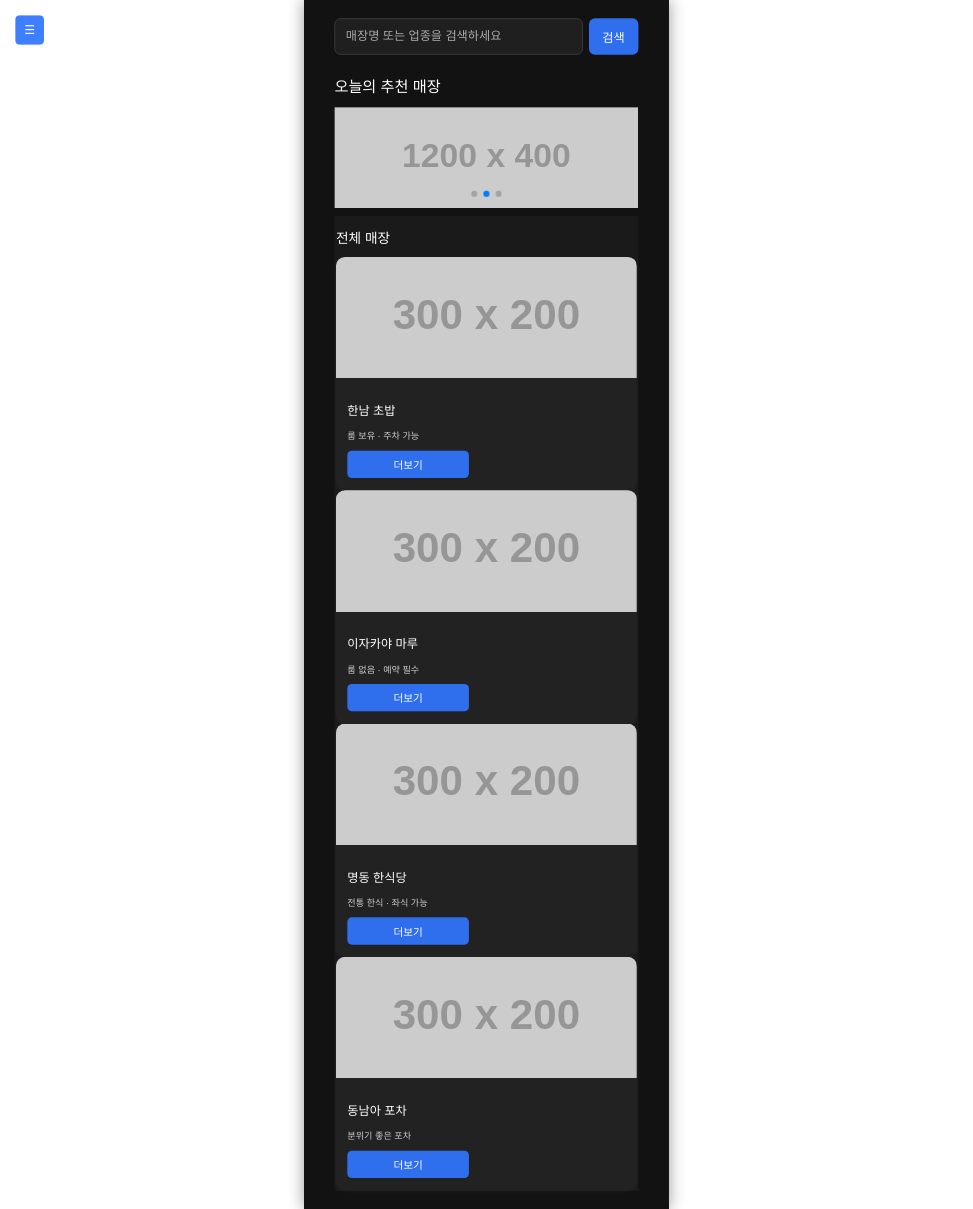
Repository: noiredex/Choplan-API
Page: / (app in choplan/frontend_main/)
An editor plug-in stored every save of this project. The page is shown before and after a run of saves, followed by the edit.
The browser window is 1280 px wide. The pictures show the whole page, at 76% of full size.
The project was rebuilt for these pictures with package versions that can differ from the ones it lists, and the page was loaded fresh each time. Also part of the build but not shown: choplan/frontend_main/vite.config.js, choplan/frontend_main/vite.config.ts, choplan/frontend_main/src/styles/StoreDetailPage.css, choplan/frontend_main/src/pages/StoreDetailPage.jsx.

Above is the page before, as saved 2025-10-29 10:33:13.

### choplan/frontend_main/index.html
<!doctype html>
<html lang="en">
  <head>
    <meta charset="UTF-8" />
    <link rel="icon" type="image/svg+xml" href="/vite.svg" />
    <meta name="viewport" content="width=device-width, initial-scale=1.0" />
    <title>frontend_main</title>
  </head>
  <body>
    <div id="root"></div>
    <script type="module" src="/src/main.jsx"></script>
  </body>
</html>

### choplan/frontend_main/src/App.jsx
import { Routes, Route } from "react-router-dom";
import HomePage from "./pages/HomePage";
import StoreDetailPage from "./pages/StoreDetailPage";
import "./App.css";

export default function App() {
  return (
    <Routes>
      <Route path="/" element={<HomePage />} />
      <Route path="/store/:id" element={<StoreDetailPage />} />
    </Routes>
  );
}

### choplan/frontend_main/src/pages/Homepage.jsx
import React, { useState } from "react";
import Sidebar from "../components/common/Sidebar";
import SearchBar from "../components/home/SearchBar";
import BannerSlider from "../components/home/BannerSlider";
import RecommendedStores from "../components/home/RecommendedStores";
import "../styles/HomePage.css";

export default function HomePage() {
  const [selectedCategory, setSelectedCategory] = useState("전체");
  const [searchQuery, setSearchQuery] = useState("");

  return (
    <div className="home-container">
      {/* 사이드바 */}
      <Sidebar
        selectedCategory={selectedCategory}
        onSelectCategory={setSelectedCategory}
        searchQuery={searchQuery}
      />

      {/* 메인 콘텐츠 */}
      <div className="main-content">
        <SearchBar onSearch={setSearchQuery} />

        {/* 추천 배너 */}
        <section className="banner-section">
          <h2>오늘의 추천 매장</h2>
          <BannerSlider />
        </section>

        {/* 매장 목록 */}
        <section className="store-section">
          <RecommendedStores
            category={selectedCategory}
            searchQuery={searchQuery}
          />
        </section>
      </div>
    </div>
  );
}

### choplan/frontend_main/src/App.css
/* ==============================
   App.css — 전역 스타일
   ============================== */

/* 기본 페이지 레이아웃 */
html, body {
  margin: 0;
  padding: 0;
  background-color: #181818; /* Soft Charcoal */
  color: #E0E0E0;
  font-family: 'Noto Sans KR', sans-serif;
  display: flex;
  justify-content: center;
}

/* 전체 앱을 중앙에 고정 (모바일 480px 기준) */
#root {
  width: 100%;
  max-width: 480px;
  min-height: 100vh;
  background-color: #1E1E1E;
  box-shadow: 0 0 20px rgba(0, 0, 0, 0.4);
  overflow-x: hidden;
  position: relative;
}

/* 스크롤바 다크모드 스타일 */
::-webkit-scrollbar {
  width: 6px;
}
::-webkit-scrollbar-track {
  background: #1a1a1a;
}
::-webkit-scrollbar-thumb {
  background: #444;
  border-radius: 4px;
}
::-webkit-scrollbar-thumb:hover {
  background: #555;
}

/* 공통 버튼 스타일 */
button {
  background-color: #3D7FFF;
  color: white;
  border: none;
  border-radius: 8px;
  padding: 10px 16px;
  cursor: pointer;
  transition: background-color 0.2s ease;
}
button:hover {
  background-color: #5596FF;
}

/* 링크 */
a {
  text-decoration: none;
  color: inherit;
}

### choplan/frontend_main/src/components/common/Sidebar.jsx
import React, { useState, useEffect } from "react";
import "../../styles/Sidebar.css";

export default function Sidebar({ selectedCategory, onSelectCategory, searchQuery }) {
  const [isOpen, setIsOpen] = useState(false);

  const categories = [
    "전체",
    "이자카야",
    "초밥",
    "한식",
    "양식",
    "중식",
    "동남아",
    "인도",
    "기타",
  ];

  // 검색어에 따라 자동 카테고리 선택
  useEffect(() => {
    if (searchQuery && searchQuery.trim() !== "") {
      const matched = categories.find((cat) => searchQuery.includes(cat));
      if (matched) onSelectCategory(matched);
    }
  }, [searchQuery]);

  return (
    <>
      {/* 햄버거 버튼 (항상 노출) */}
      <button
        className="sidebar-toggle"
        onClick={() => setIsOpen(!isOpen)}
        aria-label="메뉴 열기"
      >
        ☰
      </button>

      {/* 오버레이 (열릴 때만) */}
      {isOpen && <div className="overlay" onClick={() => setIsOpen(false)}></div>}

      {/* 세로형 사이드바 */}
      <aside className={`sidebar ${isOpen ? "open" : ""}`}>
        <ul className="sidebar-list">
          {categories.map((category, index) => (
            <li
              key={index}
              className={selectedCategory === category ? "active" : ""}
              onClick={() => {
                onSelectCategory(category);
                setIsOpen(false);
              }}
            >
              {category}
            </li>
          ))}
        </ul>
      </aside>
    </>
  );
}

### choplan/frontend_main/src/components/home/SearchBar.jsx
import React, { useState } from "react";
import "../../styles/SearchBar.css";

export default function SearchBar({ onSearch }) {
  const [query, setQuery] = useState("");

  const handleInputChange = (e) => {
    setQuery(e.target.value);
  };

  const handleSearch = (e) => {
    e.preventDefault();
    onSearch(query);
  };

  return (
    <form className="search-bar" onSubmit={handleSearch}>
      <input
        type="text"
        placeholder="매장명 또는 업종을 검색하세요"
        value={query}
        onChange={handleInputChange}
      />
      <button type="submit">검색</button>
    </form>
  );
}

### choplan/frontend_main/src/components/home/BannerSlider.jsx
import React from "react";
import { Swiper, SwiperSlide } from "swiper/react";
import { Autoplay, Pagination } from "swiper/modules";
import "swiper/css";
import "swiper/css/pagination";
import "../../styles/BannerSlider.css";

export default function BannerSlider() {
  const banners = [
    {
      id: 1,
      img: "https://placehold.co/1200x400/007bff/ffffff?text=오늘의+추천매장+1",
      alt: "추천 매장 1",
    },
    {
      id: 2,
      img: "https://placehold.co/1200x400/f07b00/ffffff?text=오늘의+추천매장+2",
      alt: "추천 매장 2",
    },
    {
      id: 3,
      img: "https://placehold.co/1200x400/008c4a/ffffff?text=오늘의+추천매장+3",
      alt: "추천 매장 3",
    },
  ];

  return (
    <div className="banner-slider-container">
      <Swiper
        modules={[Autoplay, Pagination]}
        pagination={{ clickable: true }}
        autoplay={{ delay: 4000, disableOnInteraction: false }}
        loop={true}
        spaceBetween={0}
        slidesPerView={1}
        className="banner-swiper"
      >
        {banners.map((banner) => (
          <SwiperSlide key={banner.id}>
            <img
              src={banner.img}
              alt={banner.alt}
              className="banner-image"
            />
          </SwiperSlide>
        ))}
      </Swiper>
    </div>
  );
}

### choplan/frontend_main/src/components/home/RecommendedStores.jsx
import React, { useEffect, useState } from "react";
import { useNavigate } from "react-router-dom";
import "../../styles/RecommendedStores.css";

export default function RecommendedStores({ category, searchQuery }) {
  const [stores, setStores] = useState([]);
  const navigate = useNavigate(); // 페이지 이동 훅

  // 예시 데이터 (실제 API 연결 시 이 부분 대체)
  const allStores = [
    { id: 1, name: "한남 초밥", category: "초밥", desc: "룸 보유 · 주차 가능", img: "https://placehold.co/300x200" },
    { id: 2, name: "이자카야 마루", category: "이자카야", desc: "룸 없음 · 예약 필수", img: "https://placehold.co/300x200" },
    { id: 3, name: "명동 한식당", category: "한식", desc: "전통 한식 · 좌식 가능", img: "https://placehold.co/300x200" },
    { id: 4, name: "동남아 포차", category: "동남아", desc: "분위기 좋은 포차", img: "https://placehold.co/300x200" },
  ];

  useEffect(() => {
    let filtered = allStores;

    // 검색어 반영
    if (searchQuery) {
      filtered = filtered.filter((store) =>
        store.name.toLowerCase().includes(searchQuery.toLowerCase())
      );
    }

    // 카테고리 반영
    if (category && category !== "전체") {
      filtered = filtered.filter((store) => store.category === category);
    }

    setStores(filtered);
  }, [category, searchQuery]);

  return (
    <div className="recommended-stores">
      <h2>{category ? category : "전체"} 매장</h2>

      <div className="store-grid">
        {stores.length > 0 ? (
          stores.map((store) => (
            <div className="store-card" key={store.id}>
              <img src={store.img} alt={store.name} />
              <div className="store-info">
                <h3>{store.name}</h3>
                <p>{store.desc}</p>
                <button onClick={() => navigate(`/store/${store.id}`)}>더보기</button>
              {/* 더보기 클릭시 /store/매장id 페이지로 이동 */}
              </div>
            </div>
          ))
        ) : (
          <p className="no-results">검색 결과가 없습니다.</p>
        )}
      </div>
    </div>
  );
}

### choplan/frontend_main/src/styles/HomePage.css
/* ===== 기본 구조 ===== */
.home-container {
  display: flex;
  flex-direction: row;
  align-items: stretch;
  justify-content: flex-start;
  width: 100%;
  min-height: 100vh;
  background-color: #121212; /* 다크모드 배경 */
  overflow: hidden;
  box-sizing: border-box;
  color: #f0f0f0;
}

/* ===== 메인 콘텐츠 ===== */
.main-content {
  flex: 1;
  display: flex;
  flex-direction: column;
  justify-content: flex-start;
  align-items: stretch;
  padding: 24px 40px;
  overflow-y: auto;
  transition: all 0.3s ease;
}

/* ===== 검색바 ===== */
.search-bar {
  margin-bottom: 10px; /* 기존보다 10px 줄임 */
}

/* ===== 베너 섹션 ===== */
.benner-section {
  text-align: center;
  margin-top: 10px; /* 기존보다 10px 줄임 */
  margin-bottom: 20px; /* 아래 ‘전체매장’ 간격 줄임 */
  display: flex;
  flex-direction: column;
  align-items: center;
}

.banner-section h2 {
  font-size: 20px; /* 기존 24px → 20px */
  font-weight: 700;
  color: #ffffff;
  margin-bottom: 12px;
}

.banner-section .swiper-container {
  width: 100%;
  max-width: 1200px;
  aspect-ratio: 16 / 9;
  border-radius: 12px;
  overflow: hidden;
  object-fit: cover;
  height: auto !important;
  flex-shrink: 0;
}

.banner-section .swiper-slide img {
  width: 100%;
  height: 100%;
  object-fit: cover;
  display: block;
}

/* ===== 추천 매장 섹션 ===== */
.store-section {
  width: 100%;
  margin-top: 10px; /* 기존보다 10px 줄임 */
  flex-grow: 1;
}

/* 반응형 대응 */
@media (max-width: 1024px) {
  .banner-section h2 {
    font-size: 18px;
  }
}

### choplan/frontend_main/src/styles/Sidebar.css
/* ==============================
   Sidebar.css — 카테고리 & 햄버거 버튼
   ============================== */

/* ===== 사이드바 전체 ===== */
.sidebar {
  position: fixed;
  top: 0;
  left: 0;
  width: 220px;
  height: 100%;
  background: #202020; /* Soft Charcoal */
  border-right: 1px solid #2c2c2c;
  overflow-y: auto;
  transform: translateX(-100%);
  transition: transform 0.3s ease-in-out;
  z-index: 1000;
}

/* 열렸을 때 */
.sidebar.open {
  transform: translateX(0);
}

/* ===== 햄버거 버튼 ===== */
.sidebar-toggle {
  position: fixed;
  top: 20px;
  left: 20px;
  z-index: 1100;
  background: #3D7FFF;
  color: white;
  border: none;
  border-radius: 6px;
  padding: 10px 12px;
  font-size: 16px;
  cursor: pointer;
  transition: background 0.2s ease;
}

.sidebar-toggle:hover {
  background: #5596FF;
}

/* ===== 카테고리 리스트 ===== */
.sidebar-list {
  list-style: none;
  margin: 70px 0 0 0; /* 버튼 아래쪽 여백 확보 */
  padding: 0;
  display: flex;
  flex-direction: column;
}

.sidebar-list li {
  padding: 14px 18px;
  color: #E0E0E0;
  font-size: 15px;
  cursor: pointer;
  border-bottom: 1px solid #2b2b2b;
  transition: all 0.2s ease;
}

.sidebar-list li:hover {
  background-color: #2a2a2a;
}

.sidebar-list li.active {
  background-color: #3D7FFF;
  color: #fff;
  font-weight: 600;
}

/* “전체” 항목 상단 고정 */
.sidebar-list li:first-child {
  position: sticky;
  top: 0;
  background: #202020;
  z-index: 3;
  font-weight: bold;
  border-bottom: 1px solid #2c2c2c;
}

/* ===== 스크롤바 ===== */
.sidebar-list::-webkit-scrollbar {
  width: 6px;
}
.sidebar-list::-webkit-scrollbar-thumb {
  background: #333;
  border-radius: 3px;
}
.sidebar-list::-webkit-scrollbar-thumb:hover {
  background: #444;
}

/* ===== 반응형 ===== */
@media (max-width: 1024px) {
  .sidebar {
    width: 220px;
  }
}

@media (max-width: 600px) {
  .sidebar {
    width: 200px;
  }

  .sidebar-list li {
    font-size: 14px;
    padding: 12px 14px;
  }

  .sidebar-toggle {
    padding: 8px 10px;
    font-size: 14px;
    top: 15px;
    left: 15px;
  }
}

### choplan/frontend_main/src/styles/SearchBar.css
.search-bar {
  display: flex;
  align-items: center; /* 세로 중앙 정렬 */
  justify-content: center;
  width: 100%;
  max-width: 600px;
  margin: 0 auto;
}

.search-bar input {
  flex: 1;
  height: 48px; /* 버튼과 동일 높이 */
  padding: 0 14px;
  border: 1px solid #444;
  border-radius: 8px;
  background-color: #1f1f1f;
  color: #f0f0f0;
  font-size: 16px;
  outline: none;
  box-sizing: border-box;
}

.search-bar input::placeholder {
  color: #aaa;
}

.search-bar button {
  height: 48px; /* input과 완전 동일 높이 */
  padding: 0 18px;
  border: none;
  background-color: #2f6fed;
  color: white;
  font-size: 16px;
  border-radius: 8px;
  margin-left: 8px; /* input과의 간격 */
  cursor: pointer;
  transition: background-color 0.2s ease;
}

.search-bar button:hover {
  background-color: #1d56c4;
}

### choplan/frontend_main/src/styles/BannerSlider.css
/* ==============================
   BannerSlider.css — 자동 슬라이드 배너
   ============================== */

/* ===== 배너 전체 ===== */
.banner-slider {
  position: relative;
  width: 100%;
  max-width: 440px;
  margin: 0 auto;
  border-radius: 12px;
  overflow: hidden;
  background-color: #2A2A2A;
  box-shadow: 0 4px 10px rgba(0, 0, 0, 0.3);
}

/* ===== 슬라이드 이미지 ===== */
.banner-slide {
  width: 100%;
  aspect-ratio: 16 / 9;
  display: flex;
  align-items: center;
  justify-content: center;
  background-color: #1E1E1E;
}

.banner-slide img {
  width: 100%;
  height: 100%;
  object-fit: cover;
  display: block;
}

/* ===== 인디케이터 점 ===== */
.banner-indicators {
  position: absolute;
  bottom: 12px;
  left: 50%;
  transform: translateX(-50%);
  display: flex;
  gap: 6px;
  z-index: 10;
}

.indicator {
  width: 8px;
  height: 8px;
  background-color: rgba(255, 255, 255, 0.4);
  border-radius: 50%;
  cursor: pointer;
  transition: background-color 0.3s;
}

.indicator.active {
  background-color: #3D7FFF;
}

/* ===== 슬라이드 전환 효과 ===== */
.swiper-slide {
  transition: transform 0.6s ease-in-out;
}

/* ===== 반응형 ===== */
@media (min-width: 1025px) {
  body {
    display: flex;
    justify-content: center;
    background-color: #181818;
  }

  #root {
    width: 480px;
  }

  .banner-slider {
    max-width: 480px;
  }
}

@media (max-width: 600px) {
  .banner-slider {
    max-width: 95%;
  }

  .banner-indicators {
    bottom: 8px;
  }

  .indicator {
    width: 7px;
    height: 7px;
  }
}

### choplan/frontend_main/src/styles/RecommendedStores.css
/* ===== 컨테이너 ===== */
.recommended-stores {
  padding: 2px;
  background: #1a1a1a;
}

/* ===== 섹션 제목 ===== */
.recommended-stores h2 {
  font-size: 18px; /* ‘오늘의 추천 매장’과 동일한 크기 */
  margin-bottom: 10px;
  font-weight: 600;
  color: #ffffff;
}

/* ===== 매장 카드 그리드 ===== */
.store-grid {
  display: grid;
  gap: 1px;
  width: 100%;
  max-width: 1200px;
  margin: 0 auto;
  grid-template-columns: repeat(auto-fit, minmax(280px, 1fr));
  transition: all 0.3s ease;
}

/* ===== 매장 카드 ===== */
.store-card {
  background: #222;
  border-radius: 12px;
  overflow: hidden;
  box-shadow: 0 2px 6px rgba(255, 255, 255, 0.05);
  display: flex;
  flex-direction: column;
  transition: transform 0.2s ease;
}

.store-card:hover {
  transform: translateY(-3px);
}

.store-card img {
  width: 100%;
  height: 160px;
  object-fit: cover;
}

.store-info {
  padding: 15px;
}

.store-info h3 {
  font-size: 16px;
  margin-bottom: 6px;
  color: #fff;
}

.store-info p {
  font-size: 12px;
  color: #ccc;
  margin-bottom: 10px;
}

.store-info button {
  width: 100%;
  max-width: 160px;
  padding: 8px 0;
  border: none;
  background-color: #2f6fed;
  color: white;
  font-size: 14px;
  border-radius: 6px;
  cursor: pointer;
  transition: background-color 0.2s ease;
}

.store-info button:hover {
  background-color: #1d56c4;
}

Loaded but not shown: choplan/frontend_main/src/main.jsx (common file); choplan/frontend_main/src/index.css (common file)

After the next 2 saves:
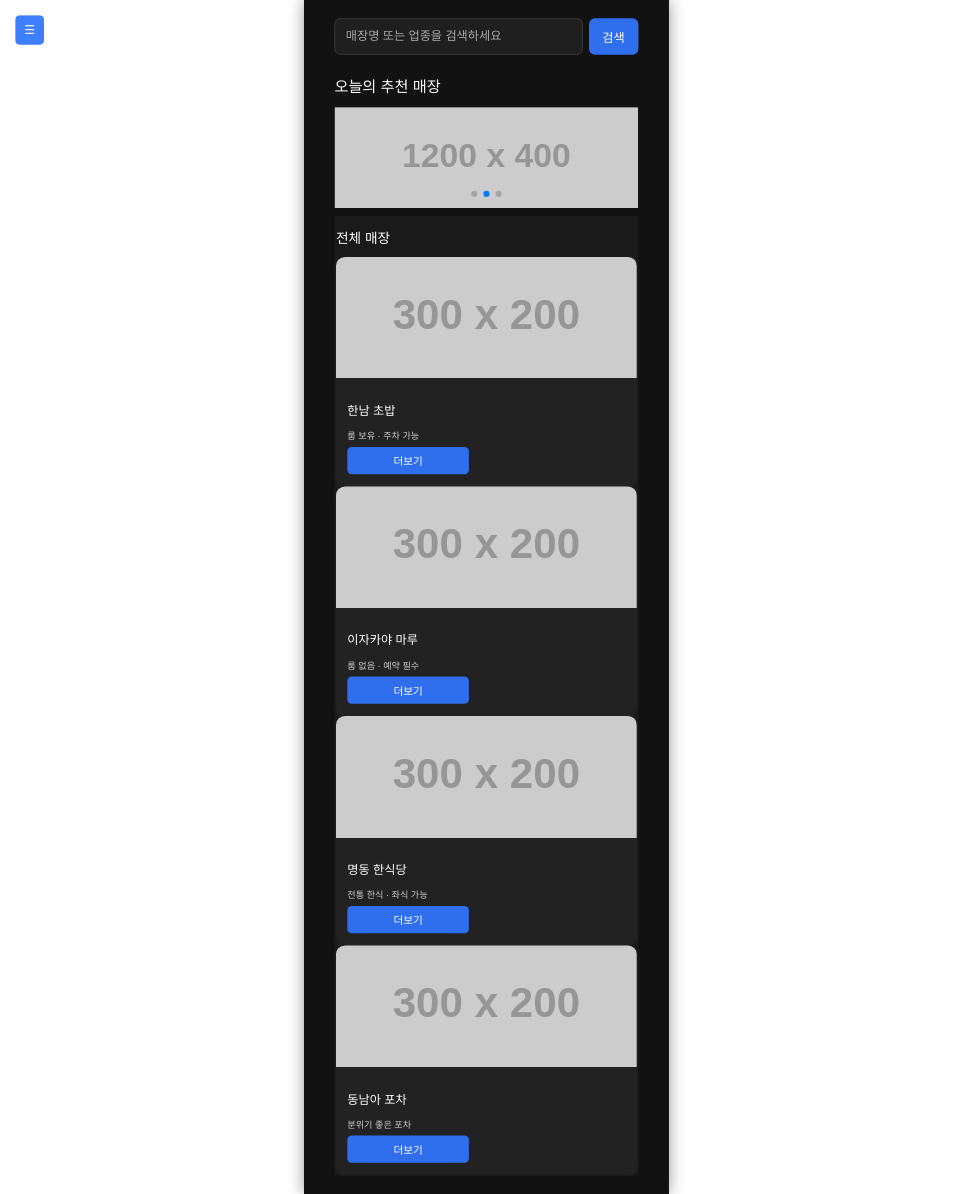
The 2 saves are shown as one change because they came seconds apart.
The last was saved 11 s later.
--- a/choplan/frontend_main/src/styles/RecommendedStores.css
+++ b/choplan/frontend_main/src/styles/RecommendedStores.css
@@ -57,7 +57,7 @@
 .store-info p {
   font-size: 12px;
   color: #ccc;
-  margin-bottom: 10px;
+  margin-bottom: 5px;
 }
 
 .store-info button {
